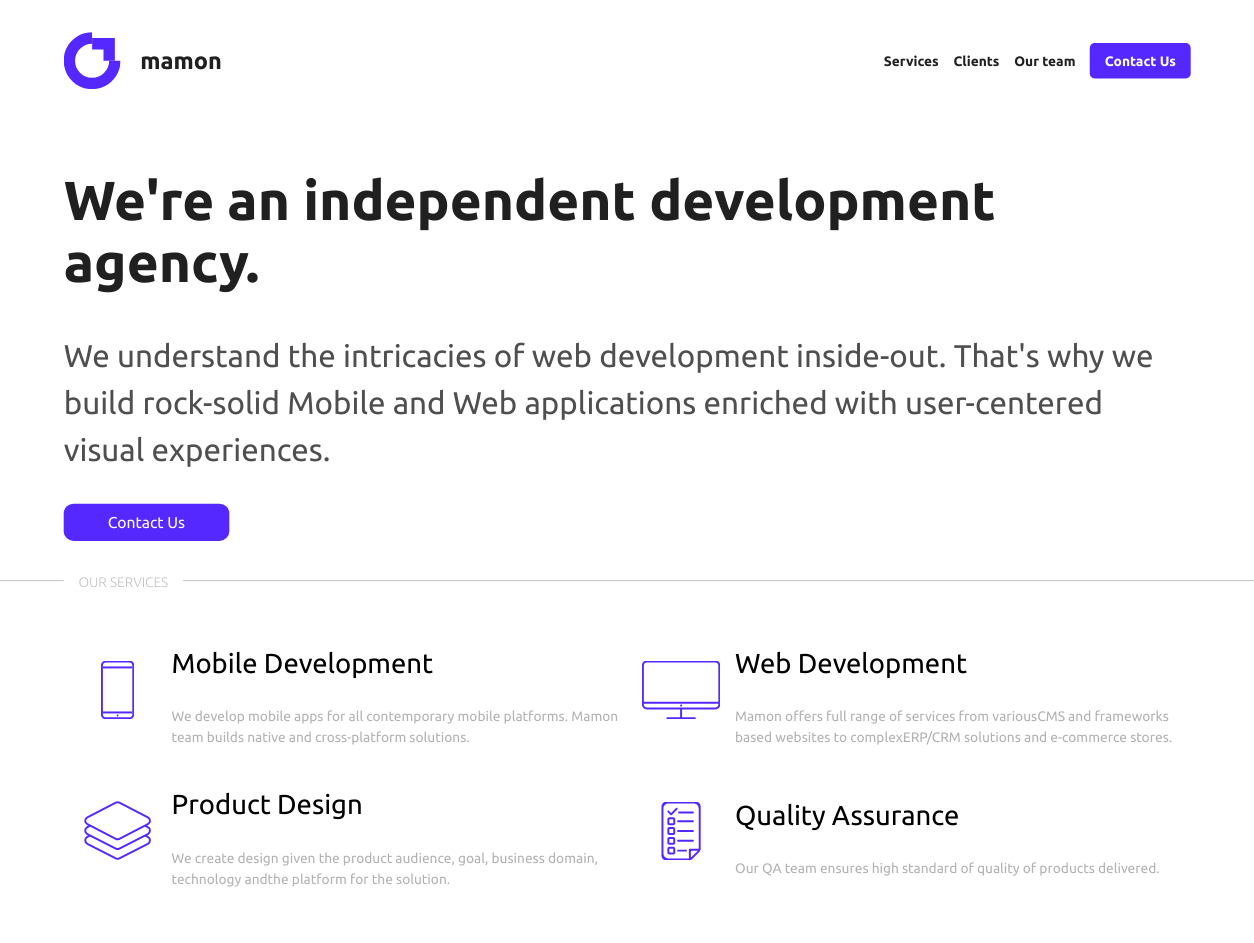
Repository: Vitalii23081984/testHGC
Page: index.html
An editor plug-in stored every save of this project. The page is shown before and after the next save, followed by the edit.
The browser window is 1280 px wide. The pictures show the whole page, at 98% of full size.

Above is the page before, as saved 2022-11-20 18:39:48.

### index.html
<!DOCTYPE html>
<html lang="en">
<head>
    <meta charset="UTF-8">
    <meta http-equiv="X-UA-Compatible" content="IE=edge">
    <meta name="viewport" content="width=device-width, initial-scale=1.0">
    <title>Mamon</title>
    <link href="https://fonts.googleapis.com/css2?family=Ubuntu:wght@300;400;700&display=swap" rel="stylesheet">
    <link rel="stylesheet" href="https://cdnjs.cloudflare.com/ajax/libs/normalize/8.0.1/normalize.css">
    <link rel="stylesheet" href="css/style.css">
</head>
<body>
    <header>
        <div class="header">
            <a href="" class="logo">
                <span class="logo_img"></span>
                <span class="logo_text">mamon</span></a>
            <nav>
                <ul class="nav">
                    <li><a href="">Services</a></li>
                    <li><a href="">Clients</a></li>
                    <li><a href="">Our team</a></li>
                    <li><button class="nav_btn" type="button">Contact Us</button></li>
                </ul>
            </nav>
        </div>

    </header>
    <div class="page">
        <div class="wrap">
            <h1 class="title-main">We're an independent development agency.</h1>
            <p class="text-main">We understand the intricacies of web development inside-out. That's why we build rock-solid Mobile and Web applications enriched with user-centered visual experiences.</p>
            <button type="button" class="button">Contact Us</button>
        </div>
    </div>
    <div class="page page-top">
        <div class="wrap">
            <h2>OUR SERVICES</h2>
            <div class="services">
                <div class="service-item">
                    <div class="services_img"><img src="img/icon-1.svg" alt=""></div>
                    <div class="services_text">
                        <h3>Mobile Development</h3>
                        <p>We develop mobile apps for all contemporary mobile platforms. Mamon team builds native and cross-platform solutions.</p>
                    </div>
                </div>
                <div class="service-item">
                    <div class="services_img"><img src="img/icon-2.svg" alt=""></div>
                    <div class="services_text">
                        <h3>Web Development</h3>
                        <p>Mamon offers full range of services from variousCMS and frameworks based websites to complexERP/CRM solutions and e-commerce stores.</p>
                    </div>
                </div>
                <div class="service-item">
                    <div class="services_img"><img src="img/icon3.svg" alt=""></div>
                    <div class="services_text">
                        <h3>Product Design</h3>
                        <p>We create design given the product audience, goal, business domain, technology andthe platform for the solution.</p>
                    </div>
                </div>
                <div class="service-item">
                    <div class="services_img"><img src="img/icon-4.svg" alt=""></div>
                    <div class="services_text">
                        <h3>Quality Assurance</h3>
                        <p> Our QA team ensures high standard of quality of products delivered.</p>
                    </div>
                </div>

            </div>
        </div>

    </div>

</body>
</html>

### css/style.css
body {
    font-family: 'Ubuntu', sans-serif;

}
.header {
    width: 100%;
    max-width: 1180px;
    margin: 0 auto;
    padding-left: 15px;
    padding-right: 15px;
    padding-top: 30px;
    display: flex;
    justify-content: space-between;
    align-items: center;
    box-sizing: border-box;
    font-weight: 700;
}
.wrap {
    width: 100%;
    max-width: 1180px;
    margin: 0 auto;
    padding-left: 15px;
    padding-right: 15px;
    box-sizing: border-box;

}
.nav {
    list-style-type: none;
    display: flex;
    justify-content: flex-start;
    align-items: center;
    font-size: 14px;

}
.nav>li {
    margin-left: 15px;
}
.nav>li>a {
    text-decoration: none;
    color: #202020;
}
.nav_btn {
    background-color: #5528FF;
    border-radius: 5px;
    padding: 10px 15px;
    color: white;
    border: none;
    font-weight: 700;
}
.logo {
    display: flex;
    align-items: center;
    text-decoration: none;
}
.logo_img {
    display: block;
    width: 58px;
    height: 58px;
    background-image: url(../img/logo.svg);
    margin-right: 20px;
}
.logo_text {
    font-size: 24px;
    color: #202020;

}
.title-main {
   font-size: 56px;
   color: #202020;
   font-weight: 700;

}
.text-main {
    font-size: 32px;
    line-height: 1.5;
    color: #4F4F4F;


}
.button {
    background-color: #5528FF;
    border-radius: 10px;
    padding: 10px 45px;
    color: white;
    border: none;
    font-weight: 24px;
}
.page {
    padding-top: 40px;
    padding-bottom: 40px;
    position: relative;
}
.page-top {
    border-top: 1px solid #c2c2c2;
}
.page h2 {
    position: absolute;
    top: -24px;
    font-size: 14px;
    font-weight: 300;
    background-color: white;
    padding: 5px 15px;
    color: #c2c2c2;
}
.services {
    display: grid;
    grid-template: 50% 50% / 50% 50%;

}
.service-item {
    display: flex;
    justify-content: flex-start;
    align-items: center;
}
.services_img {
    flex-basis: 110px;
    text-align: center;

}
.services_text {
    flex-basis: calc(100% - 110px);

}
.services h3 {
    font-size: 28px;
    font-weight: 400;

}
.services p {
    font-size: 14px;
    color: #B2B2B2;
    line-height: 1.5;


}

After the next save:
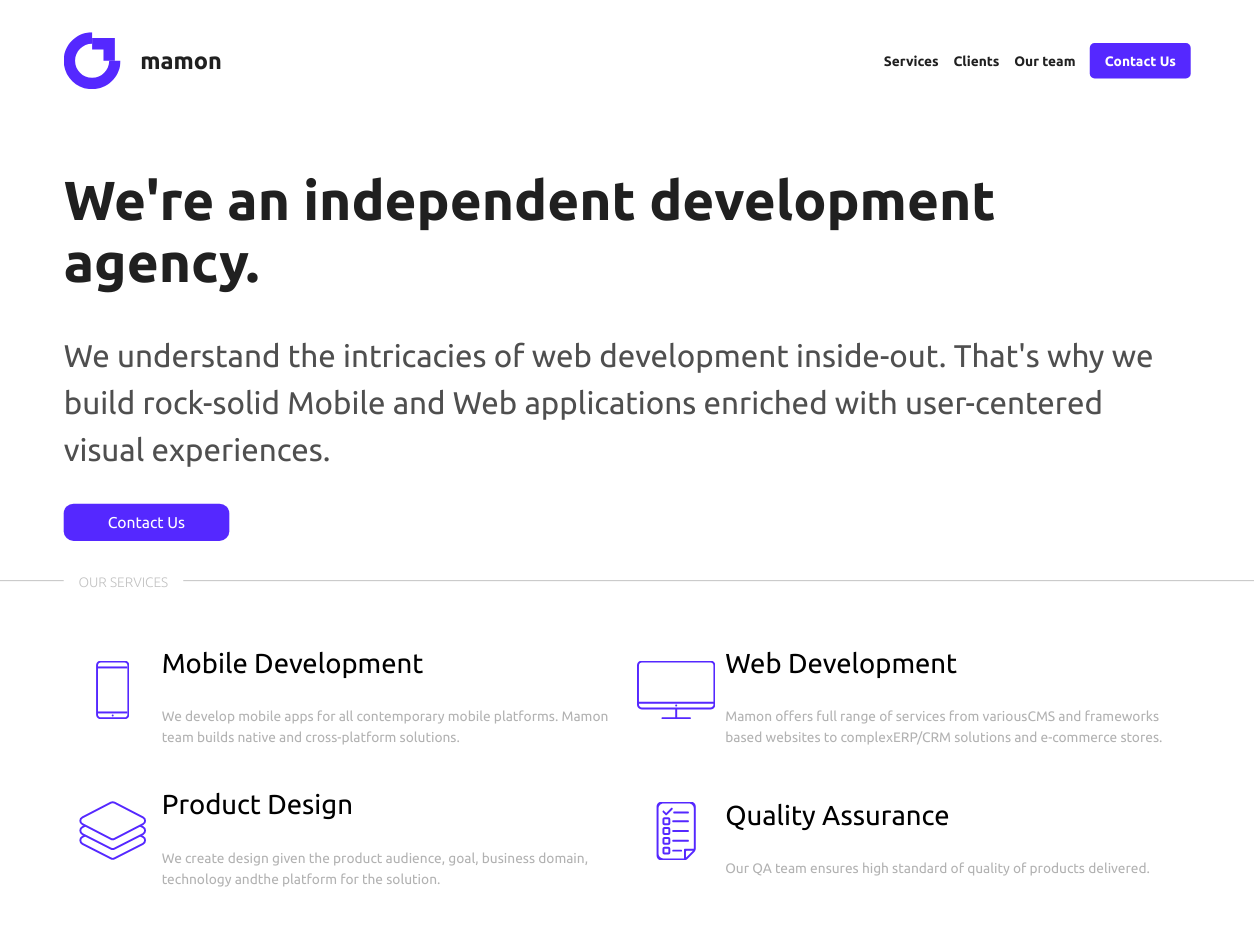
Saved 18 s later.
--- a/css/style.css
+++ b/css/style.css
@@ -113,12 +113,12 @@
     align-items: center;
 }
 .services_img {
-    flex-basis: 110px;
+    flex-basis: 100px;
     text-align: center;
 
 }
 .services_text {
-    flex-basis: calc(100% - 110px);
+    flex-basis: calc(100% - 100px);
 
 }
 .services h3 {
